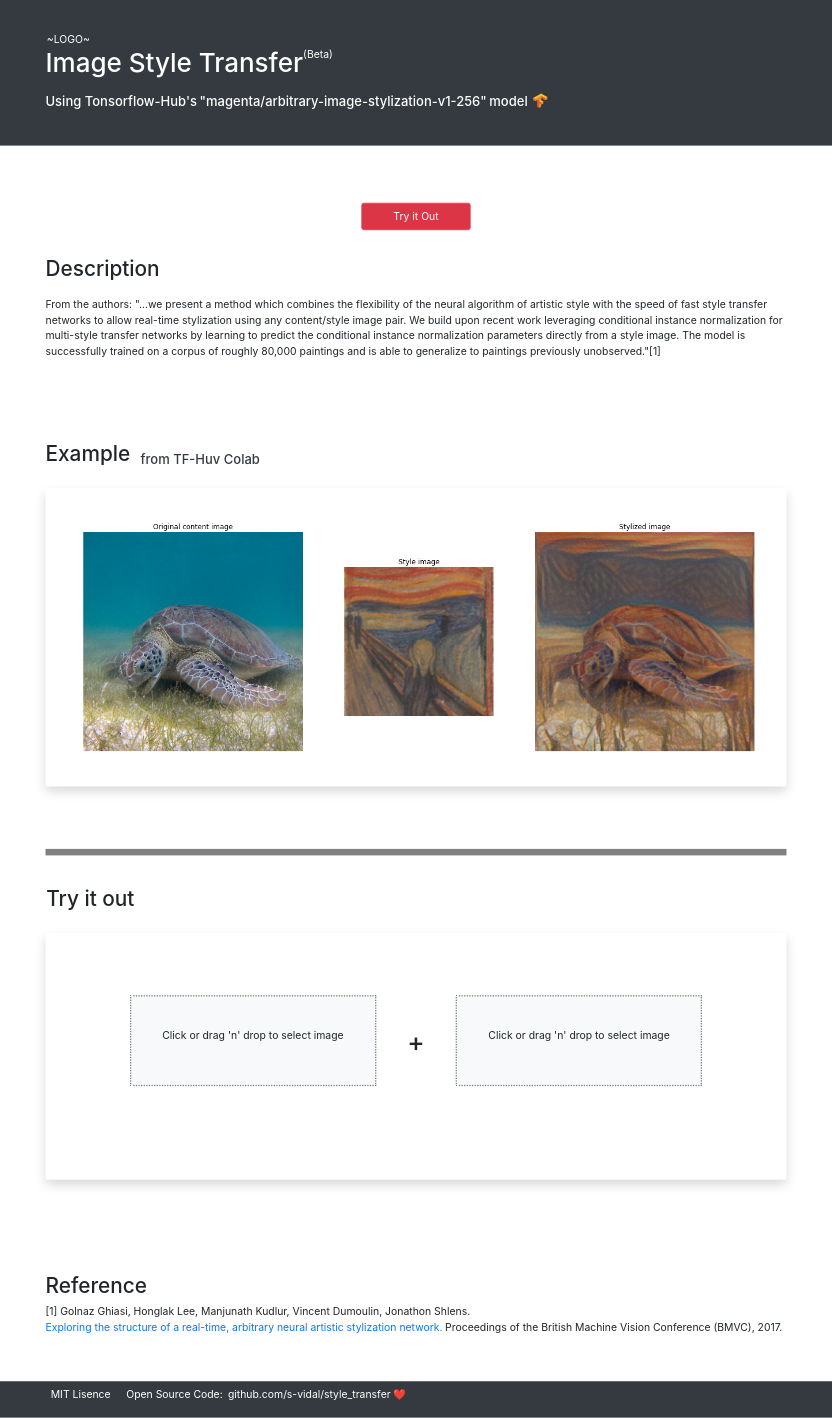
Repository: s-vidal/style_transfer
Page: / (app in client/)
These files come from the project's save history. The page is drawn as it stood at one moment and after the next save; the edit follows.
The browser window is 1280 px wide. The pictures show the whole page, at 65% of full size.
The project was rebuilt for these pictures with package versions that can differ from the ones it lists, and the page was loaded fresh each time. Also part of the build but not shown: client/src/index.css.

Above is the page before, as saved 2020-09-24 14:00:03.

### client/public/index.html
<!DOCTYPE html>
<html lang="en">
  <head>
    <meta charset="utf-8" />
    <link rel="icon" href="%PUBLIC_URL%/favicon.ico" />
    <meta name="viewport" content="width=device-width, initial-scale=1" />
    <meta name="theme-color" content="#000000" />
    <meta
      name="description"
      content="Web site created using create-react-app"
    />
    <link rel="apple-touch-icon" href="%PUBLIC_URL%/logo192.png" />
    <!--
      manifest.json provides metadata used when your web app is installed on a
      user's mobile device or desktop. See https://developers.google.com/web/fundamentals/web-app-manifest/
    -->
    <link rel="manifest" href="%PUBLIC_URL%/manifest.json" />
    <!--
      Notice the use of %PUBLIC_URL% in the tags above.
      It will be replaced with the URL of the `public` folder during the build.
      Only files inside the `public` folder can be referenced from the HTML.

      Unlike "/favicon.ico" or "favicon.ico", "%PUBLIC_URL%/favicon.ico" will
      work correctly both with client-side routing and a non-root public URL.
      Learn how to configure a non-root public URL by running `npm run build`.
    -->
    <!-- CSS only -->
    <link
      rel="stylesheet"
      href="https://stackpath.bootstrapcdn.com/bootstrap/4.5.2/css/bootstrap.min.css"
      integrity="sha384-JcKb8q3iqJ61gNV9KGb8thSsNjpSL0n8PARn9HuZOnIxN0hoP+VmmDGMN5t9UJ0Z"
      crossorigin="anonymous"
    />
    <title>React App</title>
  </head>
  <body>
    <noscript>You need to enable JavaScript to run this app.</noscript>
    <div id="root"></div>
    <!--
      This HTML file is a template.
      If you open it directly in the browser, you will see an empty page.

      You can add webfonts, meta tags, or analytics to this file.
      The build step will place the bundled scripts into the <body> tag.

      To begin the development, run `npm start` or `yarn start`.
      To create a production bundle, use `npm run build` or `yarn build`.
    -->
    <!-- JS, Popper.js, and jQuery -->
    <script
      src="https://code.jquery.com/jquery-3.5.1.slim.min.js"
      integrity="sha384-DfXdz2htPH0lsSSs5nCTpuj/zy4C+OGpamoFVy38MVBnE+IbbVYUew+OrCXaRkfj"
      crossorigin="anonymous"
    ></script>
    <script
      src="https://cdn.jsdelivr.net/npm/popper.js@1.16.1/dist/umd/popper.min.js"
      integrity="sha384-9/reFTGAW83EW2RDu2S0VKaIzap3H66lZH81PoYlFhbGU+6BZp6G7niu735Sk7lN"
      crossorigin="anonymous"
    ></script>
    <script
      src="https://stackpath.bootstrapcdn.com/bootstrap/4.5.2/js/bootstrap.min.js"
      integrity="sha384-B4gt1jrGC7Jh4AgTPSdUtOBvfO8shuf57BaghqFfPlYxofvL8/KUEfYiJOMMV+rV"
      crossorigin="anonymous"
    ></script>
  </body>
</html>

### client/src/App.js
import React, {useRef} from "react";
import "./App.css";
import DropZone from "./components/DropZone";
import Header from "./components/Header";
import Footer from "./components/Footer";

const scrollToRef = (ref) => window.scrollTo(0, ref.current.offsetTop);

function App() {
  const tryOutref = useRef(null);

  return (
    <div>
      <Header />
      <div className="vh-70 p-5 pb-0">
        <div className="container pt-3 mt-4">
          <div className="row d-flex justify-content-center">
            <button
              className="btn btn-danger pl-5 pr-5 pt-2 pb-2"
              onClick={() => scrollToRef(tryOutref)}
            >
              Try it Out
            </button>
          </div>
        </div>
        <div className="container pb-5 mb-3 pt-3">
          <div className="row pt-4">
            <h2>Description</h2>
          </div>
          <div className="row pt-3">
            <p className="">
              From the authors: "...we present a method which combines the
              flexibility of the neural algorithm of artistic style with the
              speed of fast style transfer networks to allow real-time
              stylization using any content/style image pair. We build upon
              recent work leveraging conditional instance normalization for
              multi-style transfer networks by learning to predict the
              conditional instance normalization parameters directly from a
              style image. The model is successfully trained on a corpus of
              roughly 80,000 paintings and is able to generalize to paintings
              previously unobserved."[1]
            </p>
          </div>
        </div>
        <div
          className="container pb-5"
          style={{borderBottom: "10px solid grey"}}
        >
          <div className="row pt-5 d-flex align-items-end">
            <h2>Example</h2>
            <a
              className="text-dark ml-3"
              href="https://colab.research.google.com/github/tensorflow/hub/blob/master/examples/colab/tf2_arbitrary_image_stylization.ipynb#scrollTo=dqB6aNTLNVkK"
            >
              <h5 className="">from TF-Huv Colab</h5>
            </a>
          </div>
          <div className="row d-flex justify-content-center shadow p-5 mb-5 mt-4 rounded">
            <img
              className="ml-2"
              src={require("./img/turtle.png")}
              alt="tf"
              width="100%"
              height="auto"
            ></img>
          </div>
        </div>
      </div>
      <div className="container p-0 pb-5 mb-5" ref={tryOutref}>
        <div className="row">
          <h2 className="ml-3 mb-3">Try it out</h2>
        </div>
        <div className="mt-3 p-5 shadow rounded mb-5 pb-4">
          <div className="row d-flex justify-content-center pt-5">
            <DropZone />
            <h1 className="p-5">+</h1>
            <DropZone />
          </div>
        </div>
      </div>
      <div className="container mb-5 pb-2">
        <div className="row">
          <h2>Reference</h2>
        </div>
        <div className="row">
          <p className="m-0">
            [1] Golnaz Ghiasi, Honglak Lee, Manjunath Kudlur, Vincent Dumoulin,
            Jonathon Shlens.
          </p>
          <a href="https://arxiv.org/abs/1705.06830" className="">
            Exploring the structure of a real-time, arbitrary neural artistic
            stylization network.
          </a>
          <p className="ml-1">
            Proceedings of the British Machine Vision Conference (BMVC), 2017.
          </p>
        </div>
      </div>
      <Footer />
    </div>
  );
}

export default App;

### client/src/App.css
.vh-70 {
  min-height: 70.5vh;
}

.italic {
  font-style: italic;
}

### client/src/components/DropZone.jsx
import React, {useEffect, useState} from "react";
import {useDropzone} from "react-dropzone";

const thumbsContainer = {
  display: "flex",
  flexDirection: "row",
  flexWrap: "wrap",
  marginTop: 16,
};

const thumb = {
  display: "inline-flex",
  borderRadius: 2,
  border: "1px solid #eaeaea",
  marginBottom: 8,
  marginRight: 8,
  width: "auto",
  height: 200,
  padding: 4,
  boxSizing: "border-box",
};

const thumbInner = {
  display: "flex",
  minWidth: 0,
  overflow: "hidden",
};

const img = {
  display: "block",
  width: "auto",
  height: "100%",
};

function Dropzone(props) {
  const [files, setFiles] = useState([]);
  const {getRootProps, getInputProps} = useDropzone({
    accept: "image/*",
    onDrop: (acceptedFiles) => {
      acceptedFiles.forEach((file) => {
        console.log(file);
        const reader = new FileReader();

        reader.onabort = () => console.log("file reading was aborted");
        reader.onerror = () => console.log("file reading has failed");
        reader.onload = () => {
          // Do whatever you want with the file contents
          const arrayBuffer = reader.result;
          console.log(arrayBuffer);
        };
        reader.readAsArrayBuffer(file);
      });
      setFiles(
        acceptedFiles.map((file) =>
          Object.assign(file, {
            preview: URL.createObjectURL(file),
          })
        )
      );
    },
  });

  const thumbs = files.map((file) => (
    <div style={thumb} key={file.name}>
      <div style={thumbInner}>
        <img
          src={file.preview}
          style={img}
          alt=""
          className="align-self-center"
        />
      </div>
    </div>
  ));

  useEffect(
    () => () => {
      // Make sure to revoke the data uris to avoid memory leaks
      files.forEach((file) => URL.revokeObjectURL(file.preview));
    },
    [files]
  );

  return (
    <section className="">
      <div
        {...getRootProps({className: "dropzone"})}
        className="bg-light p-5"
        style={{
          cursor: "pointer",
          border: "2px dotted grey",
        }}
      >
        <input {...getInputProps()} />
        <p className="">Click or drag 'n' drop to select image</p>
      </div>
      <aside
        className="d-flex justify-content-center align-items-center mt-5 mb-5"
        style={thumbsContainer}
      >
        {thumbs}
      </aside>
    </section>
  );
}

export default Dropzone;

// import React, {useMemo, useCallback} from "react";
// import {useDropzone} from "react-dropzone";

// const baseStyle = {
//   flex: 1,
//   display: "flex",
//   flexDirection: "column",
//   alignItems: "center",
//   padding: "20px",
//   borderWidth: 2,
//   borderRadius: 2,
//   borderColor: "#eeeeee",
//   borderStyle: "dashed",
//   backgroundColor: "#fafafa",
//   color: "#bdbdbd",
//   outline: "none",
//   transition: "border .24s ease-in-out",
// };

// const activeStyle = {
//   borderColor: "#2196f3",
// };

// const acceptStyle = {
//   borderColor: "#00e676",
// };

// const rejectStyle = {
//   borderColor: "#ff1744",
// };

// function onDrop(acceptedFiles) {
//   acceptedFiles.forEach((file) => {
//     console.log(file);
//     const reader = new FileReader();

//     reader.onabort = () => console.log("file reading was aborted");
//     reader.onerror = () => console.log("file reading has failed");
//     reader.onload = () => {
//       // Do whatever you want with the file contents
//       const arrayBuffer = reader.result;
//       console.log(arrayBuffer);
//     };
//     reader.readAsArrayBuffer(file);
//   });
// }

// function Dropzone(props) {
//   const {
//     getRootProps,
//     getInputProps,
//     isDragActive,
//     isDragAccept,
//     isDragReject,
//     acceptedFiles,
//   } = useDropzone({accept: "image/*", onDrop});

//   const style = useMemo(
//     () => ({
//       ...baseStyle,
//       ...(isDragActive ? activeStyle : {}),
//       ...(isDragAccept ? acceptStyle : {}),
//       ...(isDragReject ? rejectStyle : {}),
//     }),
//     [isDragActive, isDragReject, isDragAccept]
//   );

//   const files = acceptedFiles.map((file) => console.log(file));

//   return (
//     <div className="container">
//       <div {...getRootProps({style})}>
//         <input
//           {...getInputProps((e) => {
//             console.log(e);
//           })}
//         />
//         <p>Drag 'n' drop some files here, or click to select files</p>
//       </div>
//     </div>
//   );
// }

// export default Dropzone;

### client/src/components/Header.jsx
import React from "react";

const Header = () => {
  return (
    <div className="bg-dark text-white p-4 pt-5 pb-5">
      <div className="ml-5"> ~LOGO~ </div>
      <div className="container">
        <div className="row">
          <h1>Image Style Transfer</h1>
          <p>(Beta)</p>
        </div>
        <div className="row mt-3">
          <h5>Using Tonsorflow-Hub's </h5>
          <a
            href="https://tfhub.dev/google/magenta/arbitrary-image-stylization-v1-256/2"
            className="pl-1 pr-1 text-white"
          >
            <h5>"magenta/arbitrary-image-stylization-v1-256"</h5>
          </a>
          <h5>model</h5>
          <img
            className="ml-2"
            src={require("../img/tf_logo.png")}
            alt="tf"
            width="22"
            height="22"
          ></img>
        </div>
      </div>
    </div>
  );
};

export default Header;

### client/src/components/Footer.jsx
import React from "react";

const Footer = () => {
  return (
    <div className="text-white bg-dark">
      <div className="container mt-5">
        <div className="row p-2 mt-4">
          <p className="mr-4">MIT Lisence</p>
          <p>Open Source Code:</p>
          <a
            className="ml-2 text-white"
            href="https://github.com/s-vidal/style_transfer"
          >
            <span>github.com/s-vidal/style_transfer</span>
            <span role="img" aria-label="emoji" className="ml-1">
              ❤️
            </span>
          </a>
        </div>
      </div>
    </div>
  );
};

export default Footer;

Loaded but not shown: client/src/index.js (common file); client/src/serviceWorker.js (common file); client/src/index.css (no copy from this time; the picture is the same without it)

After the next save:
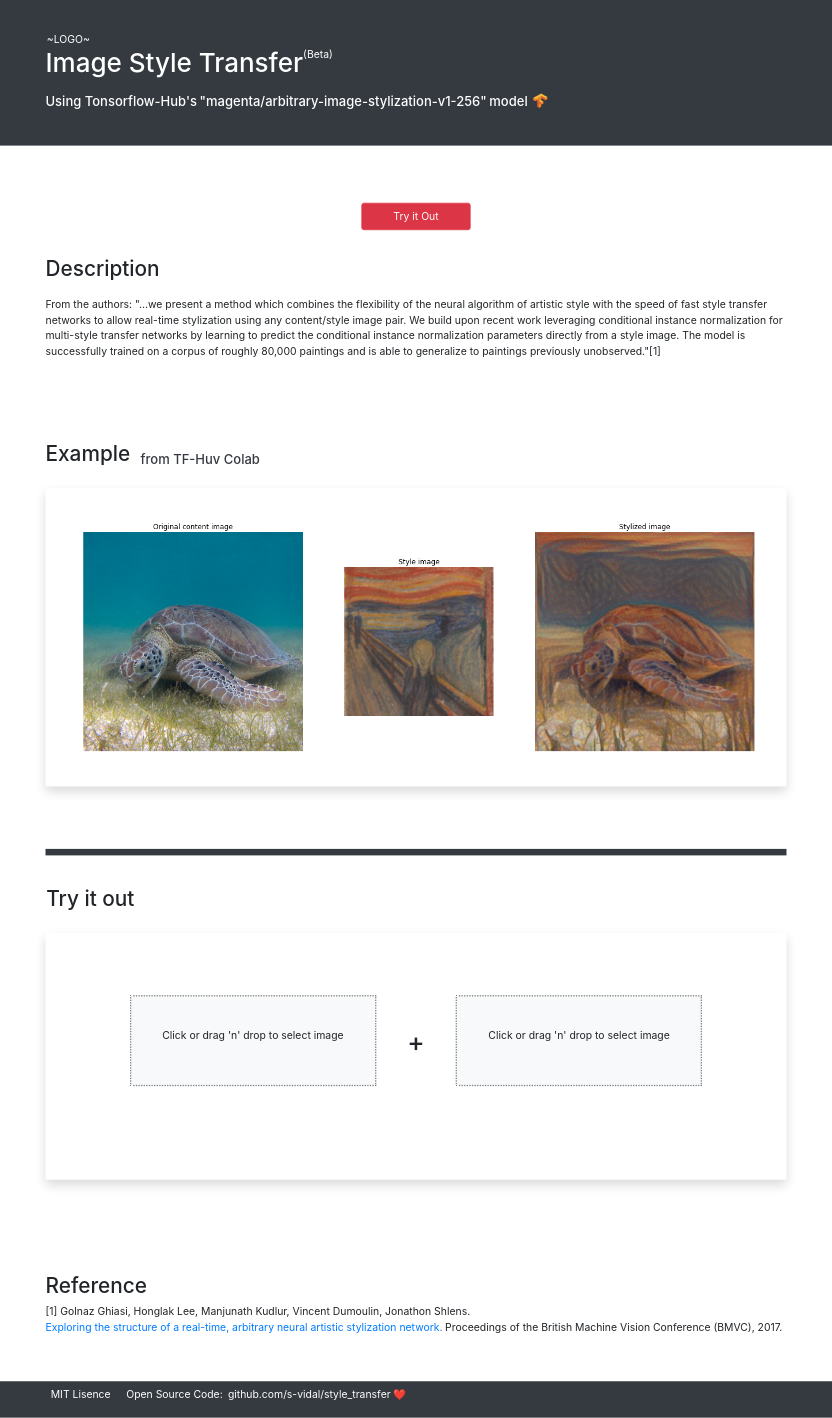
Saved 26 s later.
--- a/client/src/App.js
+++ b/client/src/App.js
@@ -44,7 +44,7 @@
         </div>
         <div
           className="container pb-5"
-          style={{borderBottom: "10px solid grey"}}
+          style={{borderBottom: "10px solid rgb(52, 58, 64)"}}
         >
           <div className="row pt-5 d-flex align-items-end">
             <h2>Example</h2>
